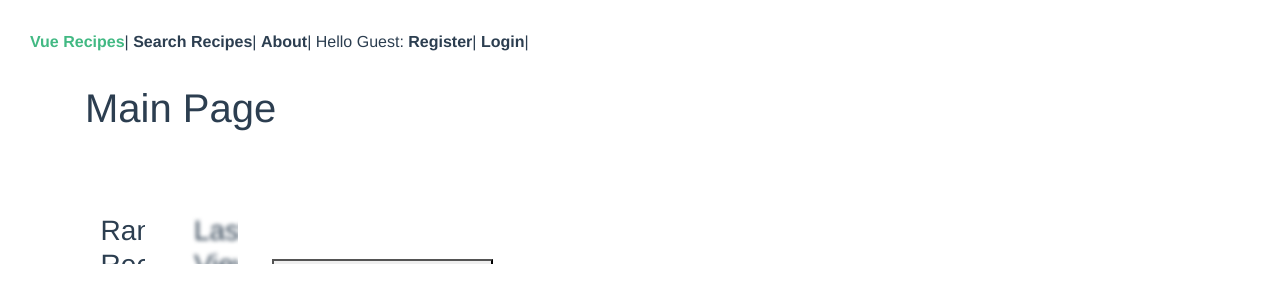
Repository: chenshor/cooking-site
Page: /
These files come from the project's save history. The page is drawn as it stood at one moment and after the next save; the edit follows.
The browser window is 1280 px wide. The pictures show the whole page.
The page's requests for data from a server got no answer. The project was rebuilt for these pictures with package versions that can differ from the ones it lists, and the page was loaded fresh each time. No one was signed in, and anything a server would have sent is missing. Also part of the build but not shown: vue.config.js, src/components/RecipePreview.vue, src/pages/NotFoundPage.vue, src/assets/cuisine.js, src/assets/diet.js, src/assets/intolerance.js, src/pages/SearchPage.vue, src/pages/RecipePage.vue and 5 more.

Above is the page before, as saved 2020-06-16 23:06:33.

### index.html
<!DOCTYPE html>
<html lang="en">
  <head>
    <meta charset="utf-8" />
    <meta http-equiv="X-UA-Compatible" content="IE=edge" />
    <meta
      name="viewport"
      content="width=device-width,initial-scale=1.0,shrink-to-fit=no"
    />
    <link rel="icon" href="<%= BASE_URL %>favicon.ico" />
    <title><%= htmlWebpackPlugin.options.title %></title>
  </head>
  <body>
    <noscript>
      <strong
        >We're sorry but <%= htmlWebpackPlugin.options.title %> doesn't work
        properly without JavaScript enabled. Please enable it to
        continue.</strong
      >
    </noscript>
    <div id="app"></div>
    <!-- built files will be auto injected -->
  </body>
</html>

### src/main.js
import Vue from "vue";
import App from "./App.vue";
import VueAxios from "vue-axios";
import axios from "axios";

import routes from "./routes";
import VueRouter from "vue-router";
Vue.use(VueRouter);
const router = new VueRouter({
  routes,
});

import Vuelidate from "vuelidate";
import "bootstrap/dist/css/bootstrap.css";
import "bootstrap-vue/dist/bootstrap-vue.css";
import {
  FormGroupPlugin,
  FormPlugin,
  FormInputPlugin,
  ButtonPlugin,
  CardPlugin,
  NavbarPlugin,
  FormSelectPlugin,
  AlertPlugin,
  ToastPlugin,
  LayoutPlugin,
} from "bootstrap-vue";
[
  FormGroupPlugin,
  FormPlugin,
  FormInputPlugin,
  ButtonPlugin,
  CardPlugin,
  NavbarPlugin,
  FormSelectPlugin,
  AlertPlugin,
  ToastPlugin,
  LayoutPlugin,
].forEach((x) => Vue.use(x));
Vue.use(Vuelidate);

axios.interceptors.request.use(
  function(config) {
    // Do something before request is sent
    return config;
  },
  function(error) {
    // Do something with request error
    return Promise.reject(error);
  }
);

// Add a response interceptor
axios.interceptors.response.use(
  function(response) {
    // Do something with response data
    return response;
  },
  function(error) {
    // Do something with response error
    return Promise.reject(error);
  }
);

Vue.use(VueAxios, axios);

Vue.config.productionTip = false;

const shared_data = {
  username: localStorage.username,
  login(username) {
    localStorage.setItem("username", username);
    this.username = username;
    console.log("login", this.username);
  },
  logout() {
    console.log("logout");
    localStorage.removeItem("username");
    this.username = undefined;
  },
};
console.log(shared_data);
// Vue.prototype.$root.store = shared_data;

new Vue({
  router,
  data() {
    return {
      store: shared_data,
    };
  },
  methods: {
    toast(title, content, variant = null, append = false) {
      this.$bvToast.toast(`${content}`, {
        title: `${title}`,
        toaster: "b-toaster-top-center",
        variant: variant,
        solid: true,
        appendToast: append,
        autoHideDelay: 3000,
      });
    },
  },
  render: (h) => h(App),
}).$mount("#app");

### src/App.vue
<template>
  <div id="app">
    <div id="nav">
      <router-link to="/">Vue Recipes</router-link>|
      <router-link to="/search">Search Recipes</router-link>|
      <router-link to="/about">About</router-link>|
      <span v-if="!$root.store.username">
        Hello Guest:
        <router-link to="/register">Register</router-link>|
        <router-link to="/login">Login</router-link>|
      </span>
      <span v-else>
        {{ $root.store.username }}:
        <button @click="Logout">Logout</button>|
      </span>
    </div>
    <router-view />
  </div>
</template>

<script>
export default {
  name: "App",
  methods: {
    async Logout() {
      this.$root.store.logout();
      const response = await this.axios.post(
        "https://ass3-2.herokuapp.com/logout"
      );
      this.$root.toast("Logout", "User logged out successfully", "success");

      this.$router.push("/").catch(() => {
        this.$forceUpdate();
      });
    }
  }
};
</script>

<style lang="scss">
#app {
  font-family: Avenir, Helvetica, Arial, sans-serif;
  -webkit-font-smoothing: antialiased;
  -moz-osx-font-smoothing: grayscale;
  color: #2c3e50;
  min-height: 100vh;
}

#nav {
  padding: 30px;
}

#nav a {
  font-weight: bold;
  color: #2c3e50;
}

#nav a.router-link-exact-active {
  color: #42b983;
}
</style>

### src/routes.js
import Main from "./pages/MainPage";
import NotFound from "./pages/NotFoundPage";
import Search from "./pages/SearchPage";
import Recipe from "./pages/RecipePage";
import Register from "./pages/RegisterPage";
import About from "./pages/AboutPage";
import FamilyRecipes from "./pages/FamilyRecipesPage";

const routes = [
  {
    path: "/",
    name: "main",
    component: Main,
  },
  {
    path: "/login",
    name: "login",
    component: () => import("./pages/LoginPage"),
  },
  {
    path: "*",
    name: "notFound",
    component: NotFound,
  },
  {
    path: "/search",
    name: "search",
    component: () => import("./pages/SearchPage"),
  },
  {
    path: "/recipe:recipeId",
    name: "recipe",
    component: () => import("./pages/RecipePage"),
  },
  {
    path: "/register",
    name: "register",
    component: () => import("./pages/RegisterPage"),
  },
  {
    path: "/about",
    name: "about",
    component: () => import("./pages/AboutPage"),
  },
  {
    path: "/users/FamilyList",
    name: "FamilyRecipes",
    component: () => import("./pages/FamilyRecipesPage"),
  },
];

export default routes;

### src/pages/MainPage.vue
<template>
  <div class="container">
    <h1 class="title">Main Page</h1>
    <div class="grid">
      <div class="random">
        <RecipePreviewList
          title="Randome Recipes"
          class="RandomRecipes center"
        />
      </div>
      <div class="lastview">
        <RecipePreviewList
          title="Last Viewed Recipes"
          :class="{
            RandomRecipes: true,
            blur: !$root.store.username,
            center: true,
          }"
          disabled
        >
        </RecipePreviewList>
      </div>
      <div class="buttonLogin">
        <router-link v-if="!$root.store.username" to="/login" tag="button"
          >You need to Login to vue this</router-link
        >
      </div>
    </div>
    <!-- <div
      style="position: absolute;top: 70%;left: 50%;transform: translate(-50%, -50%);"
    >
      Centeredasdasdad
    </div> -->
  </div>
</template>

<script>
import RecipePreviewList from "../components/RecipePreviewList";
export default {
  components: {
    RecipePreviewList,
  },
};
</script>

<style lang="scss" scoped>
.RandomRecipes {
  margin: 10px 0 10px;
}
.blur {
  -webkit-filter: blur(5px); /* Safari 6.0 - 9.0 */
  filter: blur(2px);
}
::v-deep .blur .recipe-preview {
  pointer-events: none;
  cursor: default;
}
.grid {
  display: grid;
  grid-template-columns: 60px 60px;
  grid-template-rows: 60px 60px;
  grid-gap: 3%;
  height: 100%;
  width: 100%;
}
.random {
  grid-row: 2/-1;
  padding: 1%;
  overflow: auto;
}
.lastview {
  grid-row: 2/-1;
  padding: 1%;
  overflow: auto;
}
.buttonLogin {
  grid-row: 2/-1;
  padding-top: 1%;
  overflow: auto;
  margin-top: 5%;
}
</style>

### src/components/RecipePreviewList.vue
<template>
  <b-container>
    <h3>
      {{ title }}:
      <slot></slot>
    </h3>
    <b-row>
      <b-col v-for="r in recipes" :key="r.id">
        <RecipePreview class="recipePreview" :recipe="r" />
      </b-col>
    </b-row>
  </b-container>
</template>

<script>
import RecipePreview from "./RecipePreview";
export default {
  name: "RecipePreviewList",
  components: {
    RecipePreview,
  },
  props: {
    title: {
      type: String,
      required: true,
    },
  },
  data() {
    return {
      recipes: [],
    };
  },
  mounted() {
    this.updateRecipes();
  },
  methods: {
    async updateRecipes() {
      try {
        ///////////////////////////////////////////////////////////////////// REPLACE!!!!!!!!!!!!!!!!!!!!!!!
        // const response = await this.axios.get(
        //   "https://ass3-2.herokuapp.com/recipes/randomRecipes"
        // );
        //////////////////////////////////////////////////////////////////////////////////
        const response = await this.axios.get(
          "https://test-for-3-2.herokuapp.com/recipes/random"
        );

        console.log(response);
        const recipes = response.data.randomRecipes;

        this.recipes = [];
        this.recipes.push(...recipes);
        // console.log(this.recipes);
      } catch (error) {
        console.log(error);
      }
    },
  },
};
</script>

<style lang="scss" scoped>
.container {
  min-height: 400px;
}
</style>

After the next save:
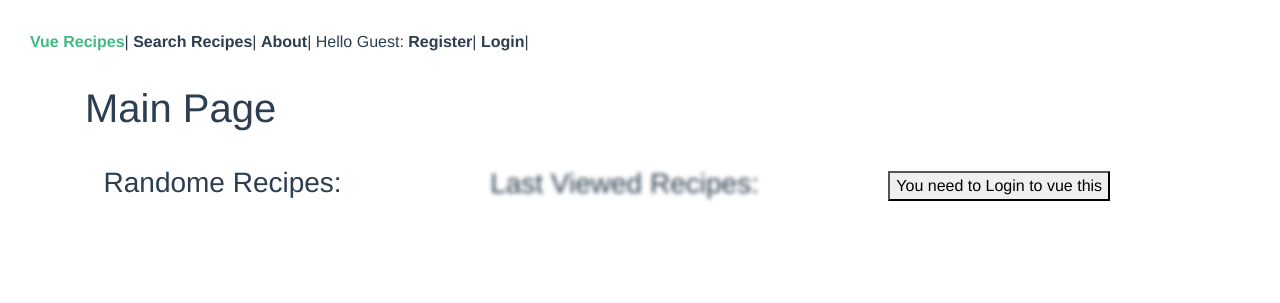
Saved 24 s later.
--- a/src/pages/MainPage.vue
+++ b/src/pages/MainPage.vue
@@ -57,8 +57,8 @@ export default {
 }
 .grid {
   display: grid;
-  grid-template-columns: 60px 60px;
-  grid-template-rows: 60px 60px;
+  grid-template-columns: auto;
+  grid-template-rows: auto;
   grid-gap: 3%;
   height: 100%;
   width: 100%;
